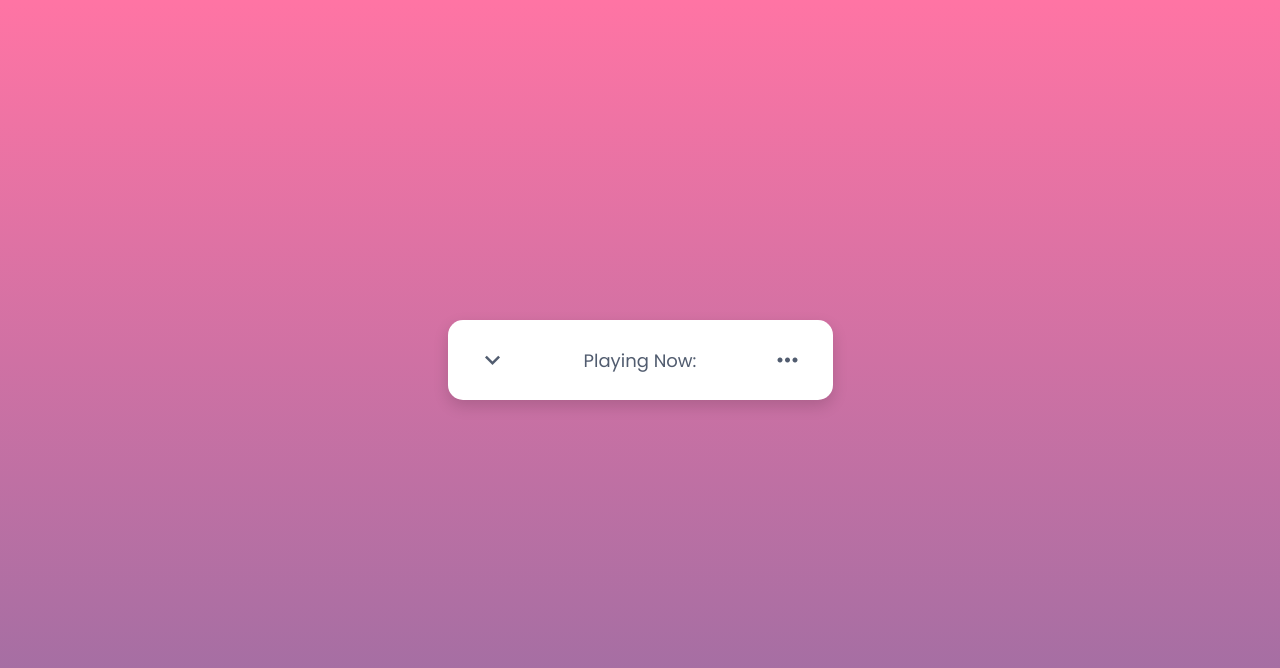
Repository: ManhTanVN/music-player
Page: index.html
These files come from the project's save history. The page is drawn as it stood at one moment and after the next save; the edit follows.
The browser window is 1280 px wide. The pictures show the whole page.

Above is the page before, as saved 2021-09-11 14:42:50.

After the next save:
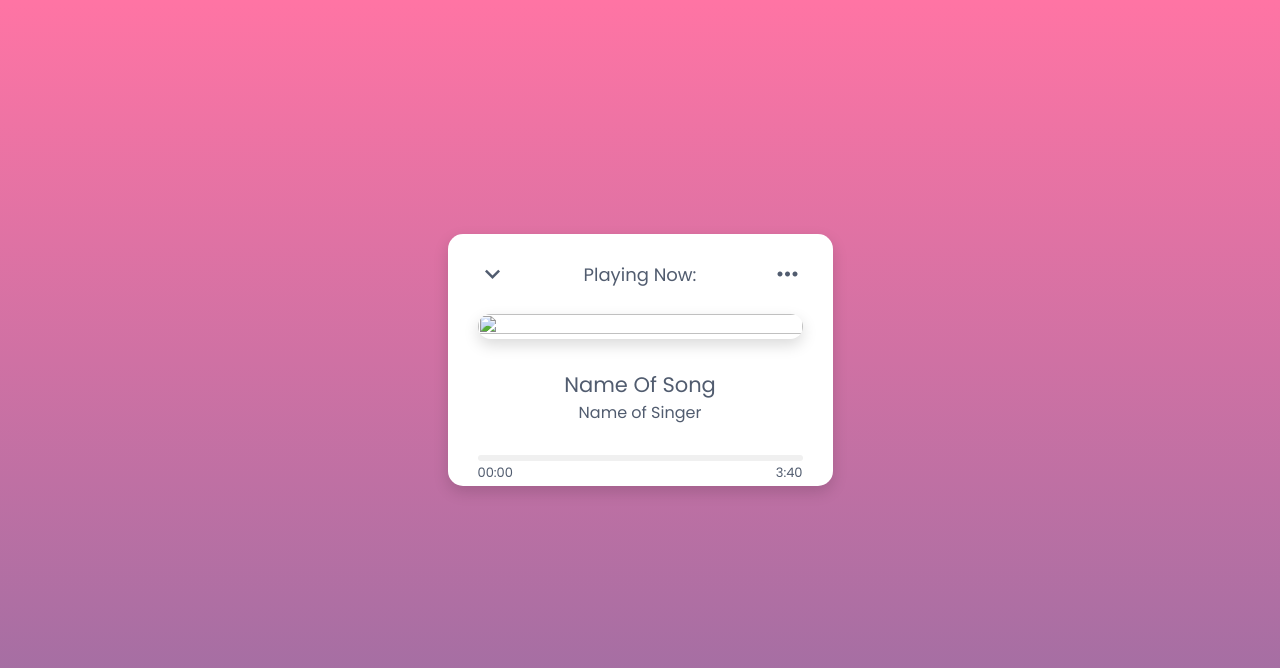
Saved 4 min 17 s later.
--- a/index.html
+++ b/index.html
@@ -16,6 +16,21 @@
             <span>Playing Now:</span>
             <i class="material-icons">more_horiz</i>
         </div>
+        <div class="img-area">
+            <img src="" alt="">
+        </div>
+        <div class="song-details">
+            <p class="name">Name Of Song</p>
+            <p class="artist">Name of Singer</p>
+        </div>
+        <div class="progress-area">
+            <div class="progress-bar"></div>
+            <div class="timer">
+                <span class="current">00:00</span>
+                <span class="duration">3:40</span>
+            </div>
+        </div>
+
     </div>
 
 
